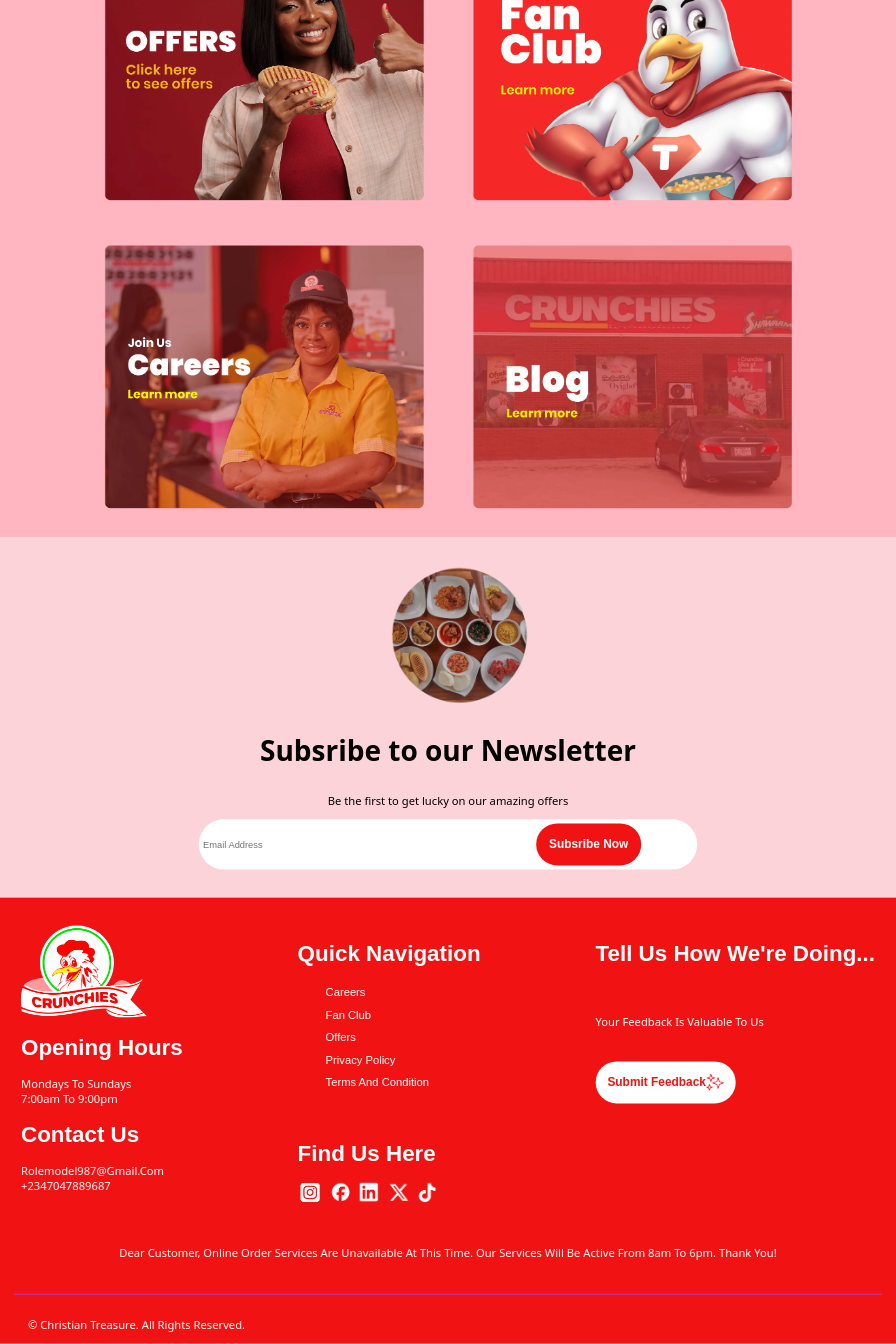
Repository: trenzyfx1/crunches-online-
Page: index.html
These files come from the project's save history. The page is drawn as it stood at one moment and after the next save; the edit follows.
The browser window is 1280 px wide. The pictures show the part of the page from y = 3015 to 4935 px (the page is 4935 px tall before and 4934 px after), at 70% of full size.

Above is the page before, as saved 2025-06-20 17:15:34.

After the next save:
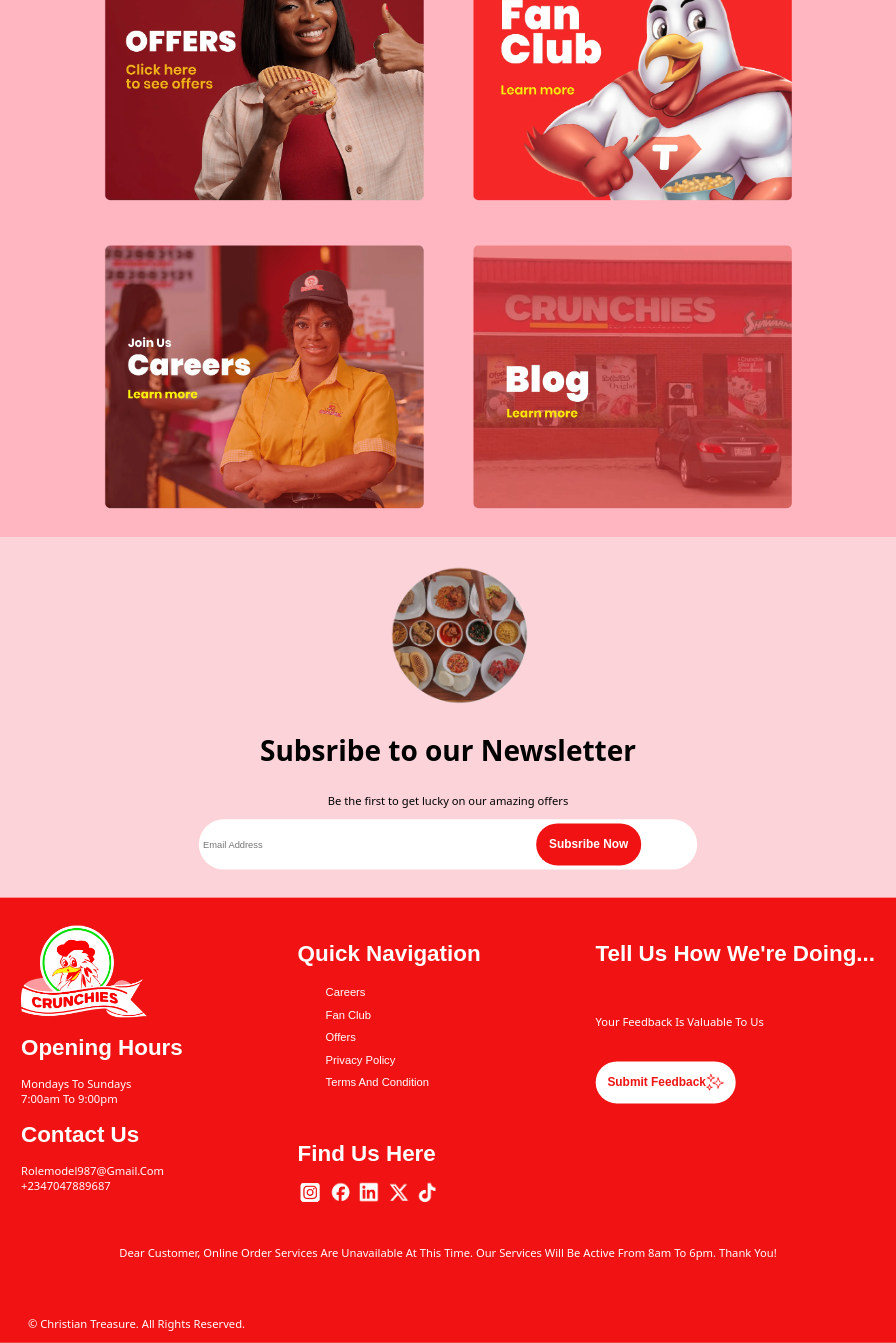
Saved 6 s later.
--- a/style.css
+++ b/style.css
@@ -561,9 +561,6 @@
 
 .footer-bottom {
     text-align: center;
-    margin-top: 2rem;
-    padding-top: 1rem;
-    border-top: 1px solid #8c52ff;
     display: flex;
     justify-content: space-between;
     align-items: center;
